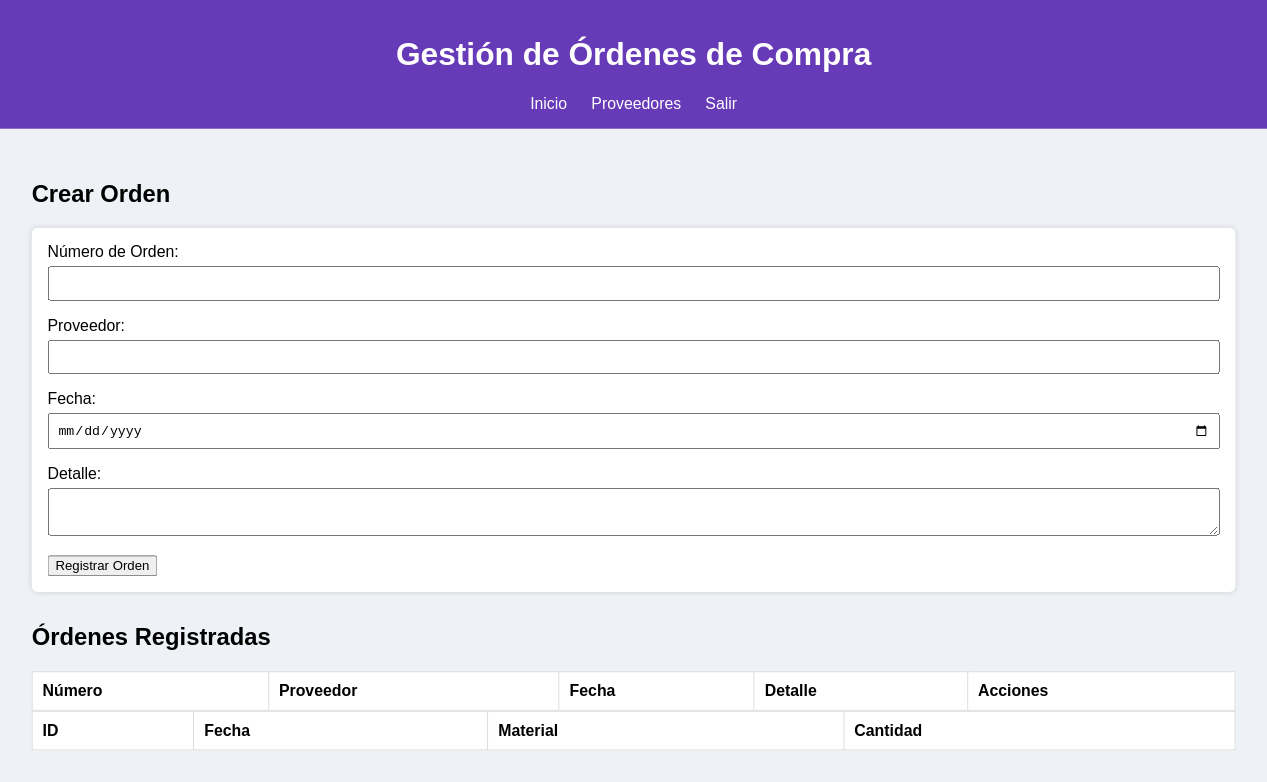
Repository: djkeviin/Mi-primera-chamba
Page: views/ordenes.html
An editor plug-in stored every save of this project. The page is shown before and after the next save, followed by the edit.
The browser window is 1280 px wide. The pictures show the whole page, at 99% of full size.

Above is the page before, as saved 2025-05-01 23:01:17.

After the next save:
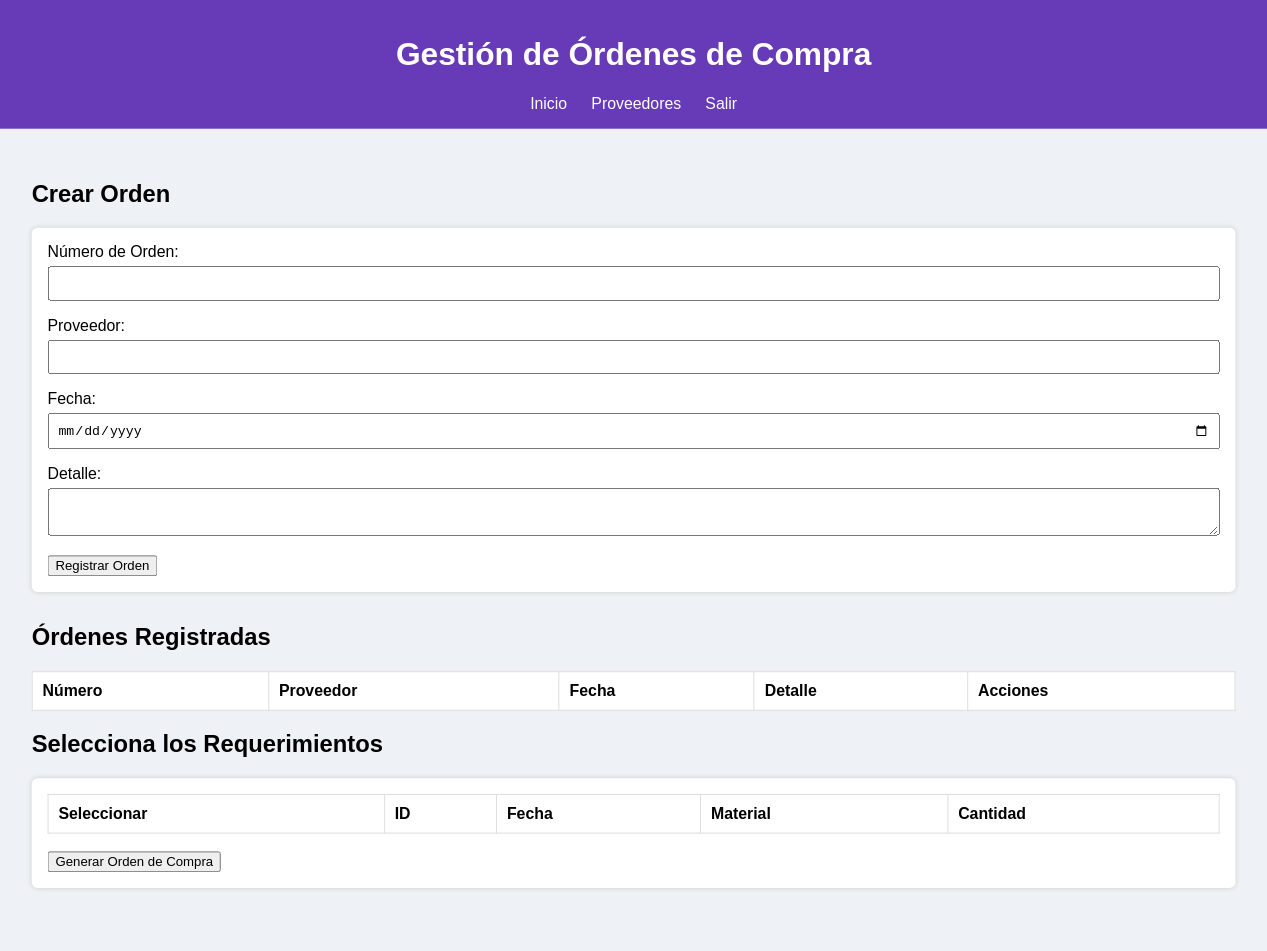
Saved 7 min 11 s later.
--- a/views/ordenes.html
+++ b/views/ordenes.html
@@ -52,17 +52,24 @@
         </tbody>
       </table>
     </section>
-    <table border="1">
-        <thead>
-          <tr>
-            <th>ID</th>
-            <th>Fecha</th>
-            <th>Material</th>
-            <th>Cantidad</th>
-          </tr>
-        </thead>
-        <tbody id="tablaRequerimientos"></tbody>
-      </table>
+
+    <h2>Selecciona los Requerimientos</h2>
+<form id="formOrdenCompra">
+  <table border="1">
+    <thead>
+      <tr>
+        <th>Seleccionar</th>
+        <th>ID</th>
+        <th>Fecha</th>
+        <th>Material</th>
+        <th>Cantidad</th>
+      </tr>
+    </thead>
+    <tbody id="tablaRequerimientos"></tbody>
+  </table>
+  <br>
+  <button type="submit">Generar Orden de Compra</button>
+</form>
   </main>
 
   <script src="../js/ordenes.js"></script>
